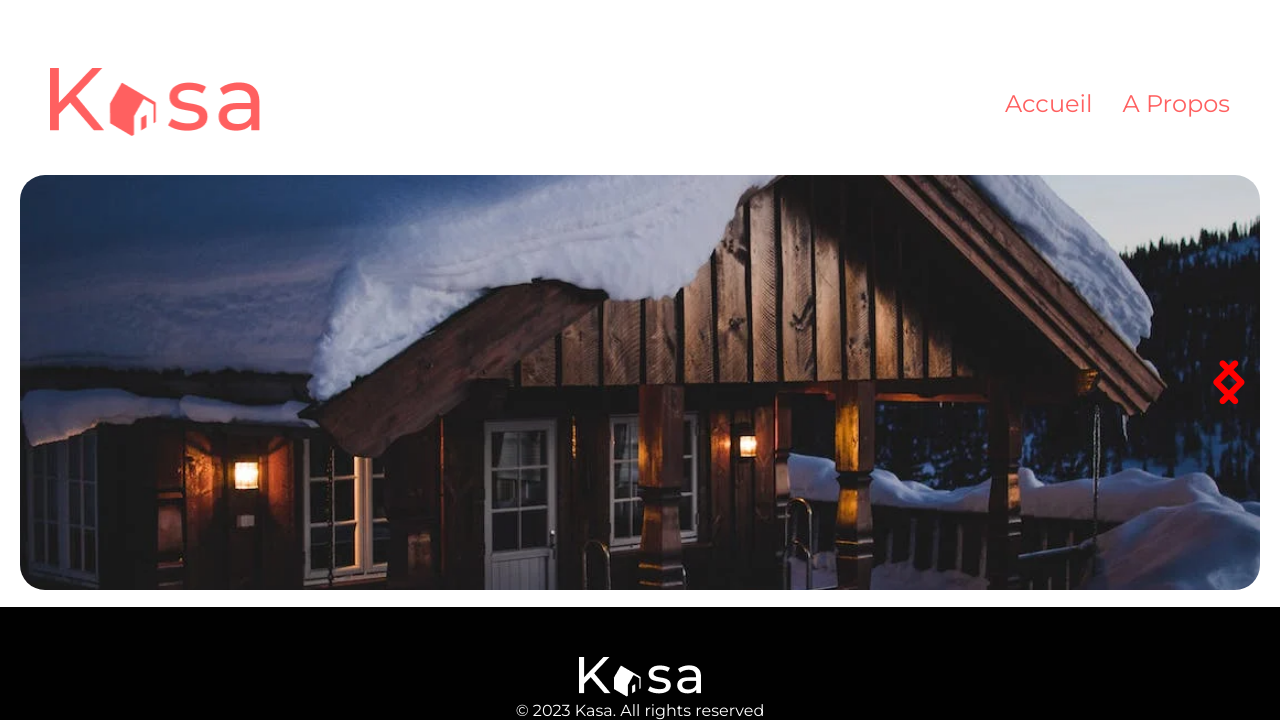
Repository: Ascaris29/Kasa_oc
Page: /essai (app in kasa_project/)
These files come from the project's save history. The page is drawn as it stood at one moment and after the next save; the edit follows.
The browser window is 1280 px wide. The pictures show the whole page.
Some web libraries are served in a nearby version. The project was rebuilt for these pictures with package versions that can differ from the ones it lists, and the page was loaded fresh each time. Also part of the build but not shown: kasa_project/src/pages/homepage/Homepage.module.scss, kasa_project/src/pages/homepage/components/CardLogement.module.scss, kasa_project/src/pages/homepage/components/CardLogement.js, kasa_project/src/pages/homepage/Homepage.js, kasa_project/src/pages/404/404.module.scss, kasa_project/src/pages/404/404.js, kasa_project/src/pages/a_propos/APropos.module.scss, kasa_project/src/pages/a_propos/components/CardDescription.module.scss and 6 more.

Above is the page before, as saved 2023-03-16 16:21:52.

### kasa_project/public/index.html
<!DOCTYPE html>
<html lang="fr">
  <head>
    <meta charset="utf-8" />
    <link rel="icon" href="%PUBLIC_URL%/favicon.ico" />
    <meta name="viewport" content="width=device-width, initial-scale=1" />
    <meta name="theme-color" content="#000000" />
    <meta
      name="description"
      content="Web site created using create-react-app"
    />
    <link rel="apple-touch-icon" href="%PUBLIC_URL%/logo192.png" />
    <!--
      manifest.json provides metadata used when your web app is installed on a
      user's mobile device or desktop. See https://developers.google.com/web/fundamentals/web-app-manifest/
    -->

    <!----------------------------------------------------------- Fonts ----------------------------------------------------------------------->
    <link rel="preconnect" href="https://fonts.googleapis.com">
    <link rel="preconnect" href="https://fonts.gstatic.com" crossorigin>
    <link href="https://fonts.googleapis.com/css2?family=Montserrat:wght@400;500;600&family=Roboto&display=swap" rel="stylesheet">
    <!----------------------------------------------------------- Icons ----------------------------------------------------------------------->
    <script src="https://kit.fontawesome.com/e65359aae8.js" crossorigin="anonymous"></script>
    <!--
      Notice the use of %PUBLIC_URL% in the tags above.
      It will be replaced with the URL of the `public` folder during the build.
      Only files inside the `public` folder can be referenced from the HTML.

      Unlike "/favicon.ico" or "favicon.ico", "%PUBLIC_URL%/favicon.ico" will
      work correctly both with client-side routing and a non-root public URL.
      Learn how to configure a non-root public URL by running `npm run build`.
    -->
    <title>Kasa</title>
  </head>
  <body>
    <noscript>You need to enable JavaScript to run this app.</noscript>
    <div id="root"></div>
    <!--
      This HTML file is a template.
      If you open it directly in the browser, you will see an empty page.

      You can add webfonts, meta tags, or analytics to this file.
      The build step will place the bundled scripts into the <body> tag.

      To begin the development, run `npm start` or `yarn start`.
      To create a production bundle, use `npm run build` or `yarn build`.
    -->
  </body>
</html>

### kasa_project/src/index.js
import React from 'react';
import ReactDOM from 'react-dom/client';
import App from './App';
import reportWebVitals from './reportWebVitals';
import './assets/styles/index.scss';
import { RouterProvider } from 'react-router-dom';
import { router } from "./router";

const root = ReactDOM.createRoot(document.getElementById('root'));
root.render(
  <React.StrictMode>
    <RouterProvider router={router} />
  </React.StrictMode>
);

// If you want to start measuring performance in your app, pass a function
// to log results (for example: reportWebVitals(console.log))
// or send to an analytics endpoint. Learn more: https://bit.ly/CRA-vitals
reportWebVitals();

### kasa_project/src/App.js
import Header from "./components/header/Header";
import Footer from "./components/footer/Footer";
import style from "./App.module.scss";
import Homepage from "./pages/homepage/Homepage";
import { Outlet } from "react-router-dom";

function App() {
  return (
      <div className={`${style.app} d-flex flex-column`}>
        <Header />
          <Outlet />
        <Footer />
      </div>
  );
}

export default App;

### kasa_project/src/assets/styles/index.scss
@use './base';
@use './flex';
@use './mixins';
@use './utils';
@use './variables';

### kasa_project/src/router.js
import { createBrowserRouter } from 'react-router-dom';
import App from './App';
import Error404 from './pages/404/404';
import APropos from './pages/a_propos/APropos';
import Homepage from './pages/homepage/Homepage';
import Caroussel from './pages/logement/components/caroussel/Caroussel';
import FicheLogement from './pages/logement/FicheLogement';


export const router = createBrowserRouter([
    {
        path : "/",
        element : <App />,
        errorElement: <Error404 />,
        children : [
            {
                path : "/",
                element : <Homepage />
            } ,
            {
                path : "/homepage",
                element : <Homepage />
            },
            {
                path: "/apropos",
                element : <APropos />
            },
            {
                path: "/logement/:id",
                element : <FicheLogement />
            },
            {
                path: "/essai",
                element: <Caroussel />
            }
        ],
    }
])

### kasa_project/src/components/header/Header.js
import image from "../../assets/images/logo_header.png";
import style from "./Header.module.scss";
import { Link, NavLink } from "react-router-dom";

export default function Header(){
    return (
        <header className={`${style.header} d-flex justify-between align-center`}>
            <Link className={`${style.headerIcon}`} to="/homepage">
                <img src={image} alt="logo du site Kasa representant une maison"/>
            </Link>
            <div className={`${style.headerNav}`}>
                <ul className="d-flex">
                    <NavLink
                    className={`${style.headerItems} m-r-30`}
                    to="/homepage"
                    end
                    >
                    Accueil
                    </NavLink>
                    <NavLink
                    className={`${style.headerItems}`}
                    to="/apropos"
                    >
                    A Propos
                    </NavLink>
                </ul>
            </div>
        </header>
    )
}

### kasa_project/src/components/footer/Footer.js
import style from "./Footer.module.scss";
import image from "../../assets/images/logo_footer.png";

export default function Footer(){
    return (
        <footer className={`${style.footer} d-flex p-t-50 flex-column justify-center align-center`}>
            <div className={`${style.footerLogo} `}>
                <img src={image} alt="" />
            </div>
            <div className="footerText">
                <p>© 2023 Kasa. All rights reserved</p>
            </div>
        </footer>
    )
}

### kasa_project/src/App.module.scss
.app{
    min-height:100vh;
}

### kasa_project/src/assets/styles/_base.scss

*{
    box-sizing: border-box;
}

body{
    margin:0;
    padding:0;
    font-family: var(--montserrat);

}

p{
    margin:0;
}

li{
    list-style-type: none;

}

.link{
    color:var(--primary);
    font-size:18px;
}

.active{
    text-decoration:underline;
}

### kasa_project/src/assets/styles/_flex.scss
.d-flex{
    display: flex;
}

.flex-column{
    flex-direction : column;
}

.flex-row{
    flex-direction: row;
}

.justify-center{
    justify-content: center;
}

.align-center{
    align-items: center;
}

.flex-fill{
    flex : 1 1 auto;
}

.justify-between{
    justify-content: space-between;
}

### kasa_project/src/assets/styles/_mixins.scss
@mixin xs{
    @media (max-width:576px){
        @content;
    }
}

@mixin sm{
    @media (min-width : 577px) and (max-width : 768px){
        @content;
    }
}

@mixin sm-lt{
    @media (max-width : 768px){
        @content;
    }
}

@mixin md{
    @media (min-width : 769px) and (max-width : 992px){
        @content;
    }
}

@mixin md-lt{
    @media (max-width : 992px){
        @content;
    }
}

@mixin lg{
    @media (min-width : 993px) and (max-width : 1200px){
        @content;
    }
}

@mixin lg-lt{
    @media (max-width : 1200px){
        @content;
    }
}

@mixin xl{
    @media (min-width : 1201px){
        @content;
    }
}

### kasa_project/src/assets/styles/_utils.scss
/*------------------------------------ General ------------------------------*/
.container{
    max-width:1200px;
    margin: auto;
    width:100%;
}
.card{

}
.calc{
    position:fixed;
    top:0;
    left:0;
    width:100%;
    height:100vh;
}

/*------------------------------------ Padding ------------------------------*/
.p-5{
    padding: 5px;
}
.p-10{
    padding:10px;
}
.p-20{
   padding:20px;
}
.p-30{
    padding:30px;
}
.p-40{
    padding:40px;
}
.p-50{
    padding:50px;
}

.p-b-5{
   padding-bottom: 5px;
}
.p-b-10{
   padding-bottom: 10px;
}
.p-b-20{
    padding-bottom: 20px;
}
.p-b-30{
    padding-bottom: 30px;
}
.p-b-40{
    padding-bottom: 40px;
}
.p-b-50{
    padding-bottom: 50px;
}


.p-t-5{
    padding-top: 5px;
}
.p-t-10{
    padding-top: 10px;
}
.p-t-20{
     padding-top: 20px;
}
.p-t-30{
     padding-top: 30px;
}
.p-t-40{
    padding-top: 40px;
}
.p-t-50{
    padding-top: 50px;
}


.p-l-5{
    padding-left: 5px;
}
.p-l-10{
    padding-left: 10px;
}
.p-l-20{
     padding-left: 20px;
}
.p-l-30{
     padding-left: 30px;
}
.p-l-40{
    padding-left: 40px;
}
.p-l-50{
    padding-left: 50px;
}



.p-r-5{
    padding-right: 5px;
}
.p-r-10{
    padding-right: 10px;
}
.p-r-20{
     padding-right: 20px;
}
.p-r-30{
     padding-right: 30px;
}
.p-r-40{
    padding-right: 40px;
}
.p-r-50{
    padding-right: 50px;
}


/*------------------------------------------------ Margin -------------------------------------------*/

.m-auto{
    margin:auto;
}
.m-5{
    margin: 5px;
}
.m-10{
    margin:10px;
}
.m-20{
   margin:20px;
}
.m-30{
    margin:30px;
}
.m-40{
    margin:40px;
}
.m-50{
    margin:50px;
}



.m-b-5{
    margin-bottom: 5px;
}
.m-b-10{
    margin-bottom: 10px;
}
.m-b-20{
    margin-bottom: 20px;
}
.m-b-30{
    margin-bottom: 30px;
}
.m-b-40{
    margin-bottom: 40px;
}
.m-b-50{
    margin-bottom: 50px;
}



.m-t-5{
    margin-top: 5px;
}
.m-t-10{
    margin-top: 10px;
}
.m-t-20{
     margin-top: 20px;
}
.m-t-30{
     margin-top: 30px;
}
.m-t-40{
    margin-top: 40px;
}
.m-t-50{
    margin-top: 50px;
}




.m-l-5{
    margin-left: 5px;
}
.m-l-10{
    margin-left: 10px;
}
.m-l-20{
     margin-left: 20px;
}
.m-l-30{
     margin-left: 30px;
}
.m-l-40{
    margin-left: 40px;
}
.m-l-50{
    margin-left: 50px;
}




.m-r-5{
    margin-right: 5px;
}
.m-r-10{
    margin-right: 10px;
}
.m-r-20{
     margin-right: 20px;
}
.m-r-30{
     margin-right: 30px;
}
.m-r-40{
    margin-right: 40px;
}
.m-r-50{
    margin-right: 50px;
}

### kasa_project/src/assets/styles/_variables.scss

/*----------------------------------------------------------------------------Color-----------------------------------------------------------------*/

:root{
    --primary: #FF6060;
    --grey1:#F6F6F6;
    --grey2: #E3E3E3;
    --grey3:#C4C4C4;
    --black: #010101;
    /*----------------------------------------------------------------------------Font-----------------------------------------------------------------*/
    --montserrat : 'Montserrat', sans-serif;
    --radius:25px;
}

### kasa_project/src/pages/logement/components/caroussel/Caroussel.js
import { useState } from "react";
import style from "./Caroussel.module.scss";

import img1 from "../../../../assets/images/pexels-photo-950058.webp";
import img2 from "../../../../assets/images/pexels-photo-1013427.jpeg";
import img3 from "../../../../assets/images/pexels-photo-1612351.jpeg";

export default function Caroussel(){

    //importer les images de l'api
    const arrayImage = [
        img1,
        img2,
        img3
    ];

    const [index, setIndex] = useState(0);

    //console.log(arrayImage);
    function handleClickCarousselPrev(){
        if(index > 0 && index < arrayImage.length){
            let i = index - 1;
            setIndex(i);
        }else{
            setIndex(arrayImage.length -1);
        }
    }

    function handleClickCarousselAfter(){
        if(index < arrayImage.length){
            let i = index + 1;
            setIndex(i);
        };
    }

    //a voir avec julien
    if(index === arrayImage.length){
        setIndex(0)
    }

    return (
        <div className={`${style.caroussel}`}>
            { arrayImage.map((item, i) => i === index && (
                <img src={item} alt="" className={`${style.carousselImage}`}/>
            )
            )}
            <i className={`${style.chevronLeft} fa-solid fa-chevron-left`} onClick={handleClickCarousselPrev}></i>
            <i className={`${style.chevronRight} fa-solid fa-chevron-right`} onClick={handleClickCarousselAfter}></i>
        </div>
    )



}

### kasa_project/src/components/header/Header.module.scss
@use "../../assets/styles/mixins" as mixin;

.header{
    max-width:1240px;
    margin:auto;
    width:100%;
    padding:50px 30px 0 30px;
    .headerIcon{
        img{
            width:210px;
            height:68px;
            @include mixin.sm-lt{
                width:145px;
                height:47px;
            }
            @include mixin.xs{
                width:99px;
                height:35px;
            }
        }
    }

}
/*sorti de la classe header car sinon je ne peux pas mettre de classe active dessus*/
.headerItems{
    color:var(--primary);
    text-decoration:none;
    cursor:pointer;
    font-size:24px;
    @include mixin.sm-lt{
        font-size:20px;
    }
    @include mixin.xs{
        font-size:15px;
    }
}

### kasa_project/src/components/footer/Footer.module.scss
.footer{
    background-color:var(--black);
    color:white;
    .footerLogo{
        img{
            width:122px;
            height:40px;
        }
    }
}

### kasa_project/src/pages/logement/components/caroussel/Caroussel.module.scss
.caroussel{
    max-width:1240px;
    margin:auto;
    width:100%;
    height:415px;
    position:relative;
    .carousselImage{
        width:100%;
        height:100%;
        object-fit:cover;
        display:block;
        border-radius:var(--radius);
    }
    .chevronRight{
        position:absolute;
        top:50%;
        right:0;
        font-size:50px;
        color:red;
        transform:translate(-50%, -50%);
    }
    .chevronLeft{
        position:absolute;
        top:50%;
        right:0;
        font-size:50px;
        color:red;
        transform:translate(-50%, -50%);
    }
}

Loaded but not shown: kasa_project/src/reportWebVitals.js (common file)

After the next save:
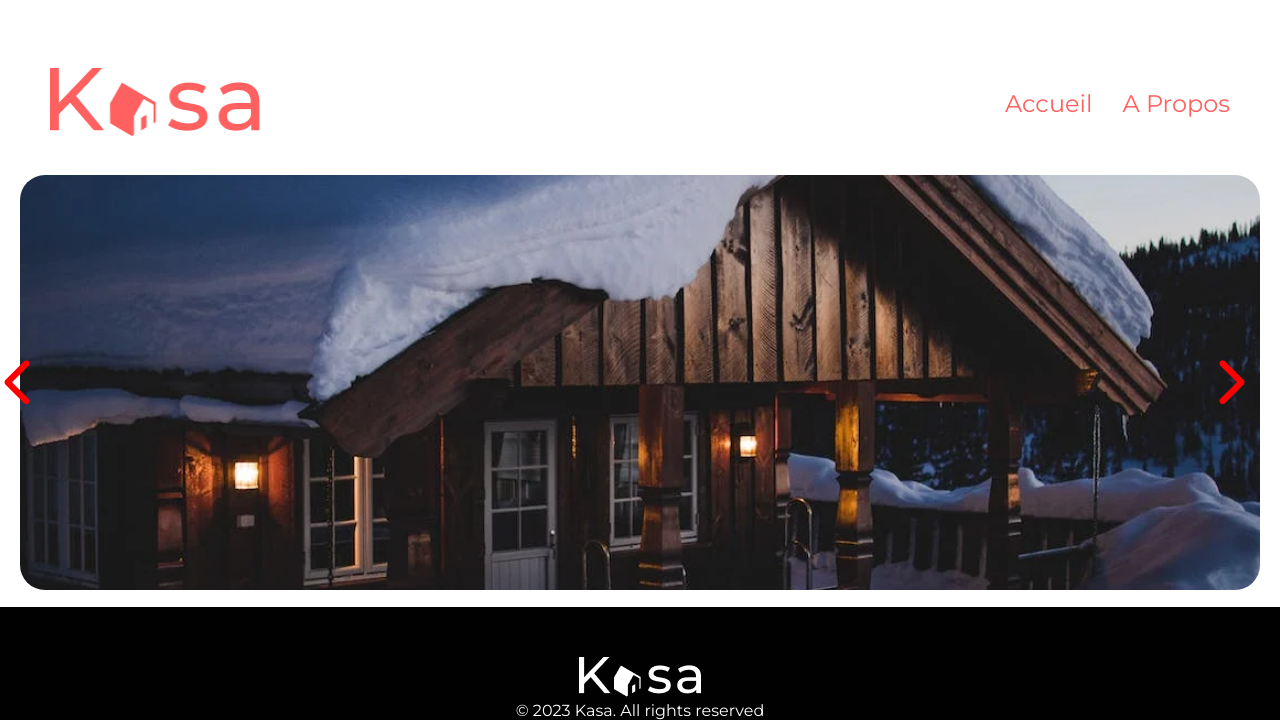
Saved 4 s later.
--- a/kasa_project/src/pages/logement/components/caroussel/Caroussel.module.scss
+++ b/kasa_project/src/pages/logement/components/caroussel/Caroussel.module.scss
@@ -22,7 +22,7 @@
     .chevronLeft{
         position:absolute;
         top:50%;
-        right:0;
+        left:0;
         font-size:50px;
         color:red;
         transform:translate(-50%, -50%);
